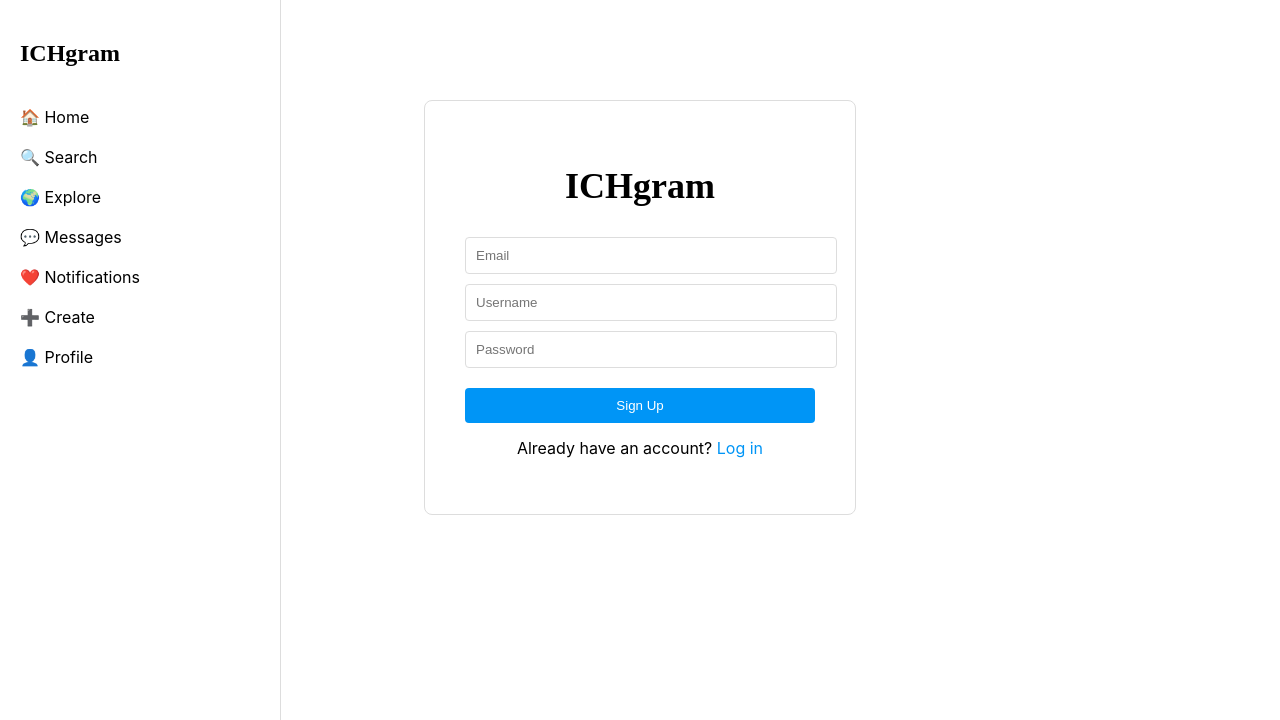
Repository: JuliiaJuliia/project-ichgram
Page: /register
The author's editor kept a copy of each file at every save. The page is drawn from the files as they stood at one save, then again after the next save.
The browser window is 1280 px wide. The pictures show the whole page.
The project was rebuilt for these pictures with package versions that can differ from the ones it lists, and the page was loaded fresh each time. Also part of the build but not shown: src/components/ProtectedRoute.js, src/components/Stories.js, src/components/PostForm.js, src/components/PostCard.css, src/components/PostCard.js, src/components/Feed.js, src/components/Chat.js, src/pages/Login.js and 3 more.

Above is the page before, as saved 2026-02-19 18:08:01.

### src/App.js
import "./App.css";
import { BrowserRouter as Router, Routes, Route } from "react-router-dom";
import ProtectedRoute from "./components/ProtectedRoute";

// ==== Компоненты ====
import Sidebar from "./components/Sidebar";
import Stories from "./components/Stories";
import PostForm from "./components/PostForm";
import Feed from "./components/Feed";
import Chat from "./components/Chat";

// ==== Страницы ====
import Login from "./pages/Login";
import Register from "./pages/Register";
import NotFound from "./pages/NotFound";
import Profile from "./pages/Profile";

// ==== Внутренние компоненты страниц ====
function Home() {
  return (
    <div className="main-content">
      <Stories />
      <PostForm />
      <Feed />
    </div>
  );
}

function Messages() {
  const chatId = "123";
  const userId = "user123";

  return (
    <div className="main-content">
      <h2>Messages</h2>
      <Chat chatId={chatId} userId={userId} />
    </div>
  );
}

// ==== Основной компонент приложения ====
function App() {
  return (
    <Router>
      <div className="app-container">
        {/* Левое меню (Sidebar) */}
        <Sidebar />

        {/* Настройка маршрутов */}
        <Routes>

          {/* ===== Закрытые маршруты ===== */}
          <Route
            path="/"
            element={
              <ProtectedRoute>
                <Home />
              </ProtectedRoute>
            }
          />

          <Route
            path="/messages"
            element={
              <ProtectedRoute>
                <Messages />
              </ProtectedRoute>
            }
          />

          <Route
            path="/profile"
            element={
              <ProtectedRoute>
                <Profile />
              </ProtectedRoute>
            }
          />

          {/* ===== Публичные маршруты (без авторизации) ===== */}
          <Route path="/login" element={<Login />} />
          <Route path="/register" element={<Register />} />

          {/* ===== 404 ===== */}
          <Route path="*" element={<NotFound />} />

        </Routes>
      </div>
    </Router>
  );
}

export default App;

### src/App.css
.app-container {
  display: flex;
}

.main-content {
  margin-left: 260px;
  padding: 20px;
  width: 100%;
  max-width: 700px;
}

### src/components/Sidebar.js
import React from "react";
import { Link, useLocation } from "react-router-dom";
import "./Sidebar.css"; // якщо у тебе є стилі для Sidebar

function Sidebar() {
  const location = useLocation(); // дізнаємось, яка зараз сторінка

  return (
    <div className="sidebar">
      <h2 className="logo">ICHgram</h2>

      <nav className="sidebar-nav">
        <Link
          to="/"
          className={location.pathname === "/" ? "active" : ""}
        >
          🏠 Home
        </Link>

        <Link
          to="/search"
          className={location.pathname === "/search" ? "active" : ""}
        >
          🔍 Search
        </Link>

        <Link
          to="/explore"
          className={location.pathname === "/explore" ? "active" : ""}
        >
          🌍 Explore
        </Link>

        <Link
          to="/messages"
          className={location.pathname === "/messages" ? "active" : ""}
        >
          💬 Messages
        </Link>

        <Link
          to="/notifications"
          className={location.pathname === "/notifications" ? "active" : ""}
        >
          ❤️ Notifications
        </Link>

        <Link
          to="/create"
          className={location.pathname === "/create" ? "active" : ""}
        >
          ➕ Create
        </Link>

        <Link
          to="/profile"
          className={location.pathname === "/profile" ? "active" : ""}
        >
          👤 Profile
        </Link>
      </nav>
    </div>
  );
}

export default Sidebar;

### src/pages/Register.js
import React, { useState } from "react";
import { Link, useNavigate } from "react-router-dom";
import axios from "axios"; // 🔹 ось цей імпорт обов’язковий
import "./Auth.css";

function Register() {
  // 🔹 створюємо стейти для полів форми
  const [email, setEmail] = useState("");
  const [username, setUsername] = useState("");
  const [password, setPassword] = useState("");

  const navigate = useNavigate(); // 🔹 щоб перенаправити користувача після реєстрації

  const handleRegister = async (e) => {
    e.preventDefault();
    try {
      // надсилаємо запит на твій backend
      const { data } = await axios.post("http://localhost:3001/api/auth/register", {
        email,
        username,
        password,
      });

      alert("✅ Реєстрація успішна!");
      console.log("Registered user:", data);

      navigate("/login"); // після реєстрації → на сторінку логіну
    } catch (err) {
      console.error(err);
      alert("❌ " + (err.response?.data?.message || "Помилка при реєстрації"));
    }
  };

  return (
    <div className="auth-container">
      <h1>ICHgram</h1>
      <form onSubmit={handleRegister}>
        <input
          type="email"
          placeholder="Email"
          value={email}
          onChange={(e) => setEmail(e.target.value)}
          required
        />
        <input
          type="text"
          placeholder="Username"
          value={username}
          onChange={(e) => setUsername(e.target.value)}
          required
        />
        <input
          type="password"
          placeholder="Password"
          value={password}
          onChange={(e) => setPassword(e.target.value)}
          required
        />

        <button type="submit">Sign Up</button>
      </form>

      <p>
        Already have an account? <Link to="/login">Log in</Link>
      </p>
    </div>
  );
}

export default Register;

### src/components/Sidebar.css
.sidebar {
    width: 230px;
    background: #fff;
    border-right: 1px solid #ddd;
    padding: 20px;
    position: fixed;
    height: 100vh;
  }

  .logo {
    font-family: 'Brush Script MT', cursive;
    font-size: 26px;
    margin-bottom: 30px;
  }

  .sidebar-nav {
    display: flex;
    flex-direction: column;
  }

  .sidebar-nav a {
    padding: 10px 0;
    text-decoration: none;
    color: black;
    font-size: 16px;
    transition: 0.2s;
  }

  .sidebar-nav a:hover {
    color: #0095f6;
  }

  .sidebar-nav a.active {
    font-weight: 600;
    color: #0095f6;
  }

### src/components/Stories.css
.sidebar {
    width: 240px;
    height: 100vh;
    border-right: 1px solid #ddd;
    padding: 20px;
    position: fixed;
    left: 0;
    top: 0;
    background: white;
  }

  .logo {
    font-size: 24px;
    margin-bottom: 30px;
  }

  .nav-item {
    padding: 12px 0;
    font-size: 18px;
    cursor: pointer;
  }

  .nav-item:hover {
    background: #f5f5f5;
    border-radius: 8px;
    padding-left: 10px;
  }

### src/pages/Auth.css
.auth-container {
    width: 350px;
    margin: 100px auto;
    text-align: center;
    background: #fff;
    padding: 40px;
    border: 1px solid #ddd;
    border-radius: 8px;
  }

  .auth-container h1 {
    font-family: 'Brush Script MT', cursive;
    font-size: 36px;
    margin-bottom: 30px;
  }

  .auth-container input {
    display: block;
    width: 100%;
    margin: 10px 0;
    padding: 10px;
    border: 1px solid #ddd;
    border-radius: 4px;
  }

  .auth-container button {
    width: 100%;
    padding: 10px;
    background-color: #0095f6;
    color: white;
    border: none;
    border-radius: 4px;
    margin-top: 10px;
  }

  .auth-container p {
    margin-top: 15px;
  }

  .auth-container a {
    color: #0095f6;
    text-decoration: none;
  }

Loaded but not shown: public/index.html (common file); src/index.js (common file); src/index.css (common file); src/reportWebVitals.js (common file)

After the next save:
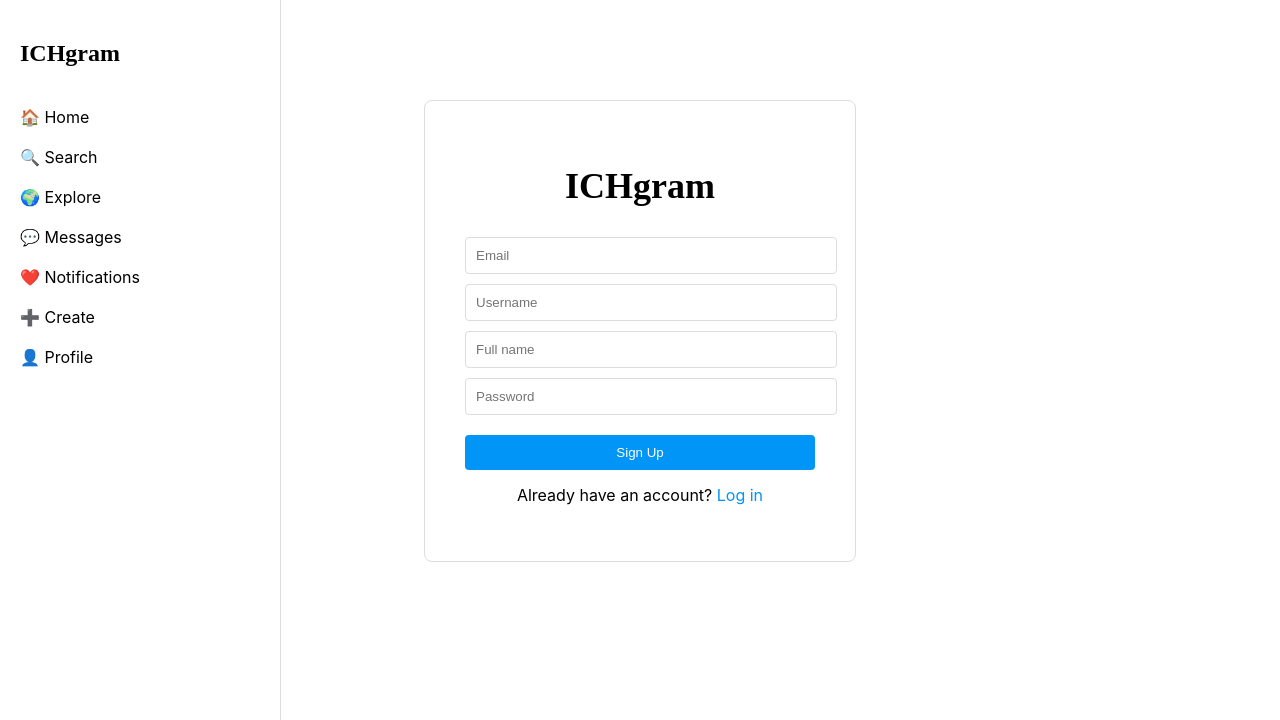
Saved 16 min 10 s later.
--- a/src/pages/Register.js
+++ b/src/pages/Register.js
@@ -1,39 +1,37 @@
 import React, { useState } from "react";
 import { Link, useNavigate } from "react-router-dom";
-import axios from "axios"; // 🔹 ось цей імпорт обов’язковий
+import axios from "axios";
 import "./Auth.css";
 
 function Register() {
-  // 🔹 створюємо стейти для полів форми
   const [email, setEmail] = useState("");
   const [username, setUsername] = useState("");
+  const [fullName, setFullName] = useState("");  // ✅ додаємо повне ім’я
   const [password, setPassword] = useState("");
-
-  const navigate = useNavigate(); // 🔹 щоб перенаправити користувача після реєстрації
+  const navigate = useNavigate();
 
   const handleRegister = async (e) => {
     e.preventDefault();
     try {
-      // надсилаємо запит на твій backend
-      const { data } = await axios.post("http://localhost:3001/api/auth/register", {
+      await axios.post("http://localhost:3001/api/auth/register", {
         email,
         username,
+        fullName,    // ✅ тепер передаємо
         password,
       });
 
       alert("✅ Реєстрація успішна!");
-      console.log("Registered user:", data);
-
-      navigate("/login"); // після реєстрації → на сторінку логіну
+      navigate("/login");
     } catch (err) {
+      alert("❌ " + (err.response?.data?.message || "Помилка реєстрації"));
       console.error(err);
-      alert("❌ " + (err.response?.data?.message || "Помилка при реєстрації"));
     }
   };
 
   return (
     <div className="auth-container">
       <h1>ICHgram</h1>
+
       <form onSubmit={handleRegister}>
         <input
           type="email"
@@ -42,6 +40,7 @@ function Register() {
           onChange={(e) => setEmail(e.target.value)}
           required
         />
+
         <input
           type="text"
           placeholder="Username"
@@ -49,6 +48,15 @@ function Register() {
           onChange={(e) => setUsername(e.target.value)}
           required
         />
+
+        <input
+          type="text"
+          placeholder="Full name"          // ✅ поле повного імені
+          value={fullName}
+          onChange={(e) => setFullName(e.target.value)}
+          required
+        />
+
         <input
           type="password"
           placeholder="Password"
